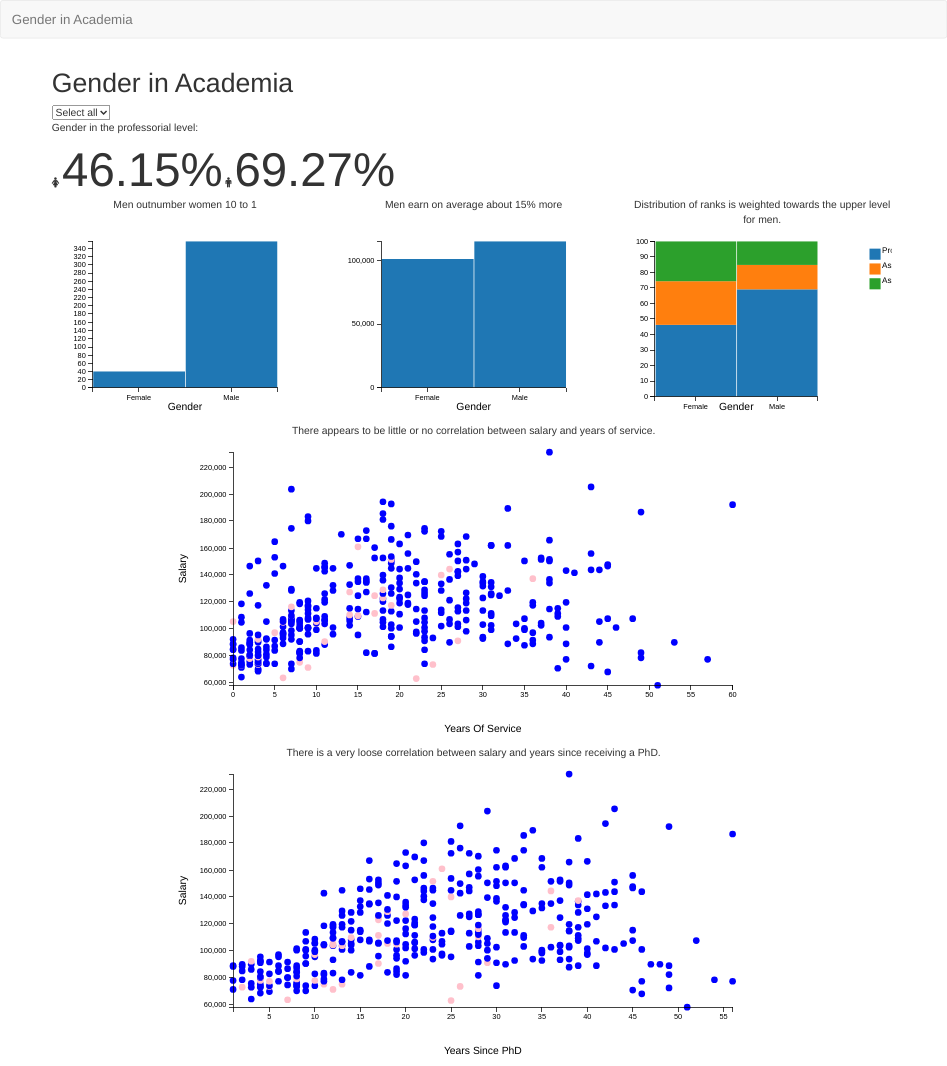
Repository: kescardoso/dashboard
Page: index.html
The author's editor kept a record of every edit. The page is drawn from the files as they stood at one moment, then again after the next edit.
The browser window is 1280 px wide. The pictures show the whole page, at 74% of full size.

Above is the page before.

### index.html
<!DOCTYPE html>
<html lang="en">
<head>
    <meta charset="UTF-8">
    <meta name="viewport" content="width=device-width, initial-scale=1.0">
    <meta http-equiv="X-UA-Compatible" content="ie=edge">
    <title>Gender in Academia</title>

    <link rel="stylesheet" href="static/css/bootstrap.min.css" type="text/css" />
    <link rel="stylesheet" href="https://cdnjs.cloudflare.com/ajax/libs/font-awesome/4.7.0/css/font-awesome.min.css" type="text/css">
    <link rel="stylesheet" href="static/css/dc.min.css" type="text/css" />
    <link rel="stylesheet" href="static/css/style.css" type="text/css" />

    <script type="text/javascript" src="static/js/d3.min.js"></script>
    <script type="text/javascript" src="static/js/crossfilter.min.js"></script>
    <script type="text/javascript" src="static/js/dc.min.js"></script>
    <script type="text/javascript" src="static/js/queue.min.js"></script>
    <script type="text/javascript" src="static/js/graph.js"></script>

</head>
<body>

    <nav class="navbar navbar-default">
      <div class="container-fluid">
        <div class="navbar-header">
          <a class="navbar-brand" href="#">Gender in Academia</a>
        </div>
      </div>
    </nav>

    <main>
      <section class="section">
        <div class="container">

          <div class="row">
            <div class="col-xs-12 col-sm-12">
              <h1 class="section-heading">Gender in Academia</h1>
              <div id="discipline-selector"></div>
            </div>
          </div>

          <div class="row">
            <div class="col-xs-12 col-sm-12">
              <p class="section-paragraph">Gender in the professorial level:</p>
            </div>
            <div class="col-xs-12 col-sm-6 col-lg-6">
              <i class="fa fa-female fa-gender" aria-hidden="true"></i> <span class="number-box" id="percent-of-women-professors"></span>
              <i class="fa fa-male fa-gender" aria-hidden="true"></i> <span class="number-box" id="percent-of-men-professors"></span>
            </div>
          </div>

        </div>
      </section>

      <section class="section">
        <div class="container">

          <div class="row">
            <div class="col-xs-12 col-sm-4 text-center">
              <p class="section-paragraph">Men outnumber women 10 to 1</p>
            </div>
            <div class="col-xs-12 col-sm-4 text-center">
              <p class="section-paragraph">Men earn on average about 15% more</p>
            </div>
            <div class="col-xs-12 col-sm-4 text-center">
              <p class="section-paragraph">Distribution of ranks is weighted towards the upper level for men.</p>
            </div>
          </div>

          <div class="row">
            <div class="col-xs-12 col-sm-4 text-center" id="gender-balance" class="custom-chart"></div>
            <div class="col-xs-12 col-sm-4 text-center" id="average-salary" class="custom-chart"></div>
            <div class="col-xs-12 col-sm-4 text-center" id="rank-distribution" class="custom-chart"></div>
          </div>

        </div>
      </section>

      <section class="section">
        <div class="container">

          <div class="row">
            <div class="col-xs-12 col-sm-12 text-center">
              <p class="section-paragraph">There appears to be little or no correlation between salary and years of service.</p>
            </div>
            <div class="col-xs-12 col-sm-12 text-center" id="service-salary"></div>
          </div>

        </div>
      </section>

      <section class="section">
        <div class="container">

          <div class="row">
            <div class="col-xs-12 col-sm-12 text-center">
              <p class="section-paragraph">There is a very loose correlation between salary and years since receiving a PhD.</p>
            </div>
            <div class="col-xs-12 col-sm-12 text-center" id="phd-salary"></div>
          </div>

        </div>
      </section>
    </main>

</body>
</html>

### static/css/style.css
.number-box {
    font-size: 64px;
    text-align: center;
    line-height: normal;
}

.section {

}

.section-paragraph {

}

### static/js/graph.js
queue()
    .defer(d3.csv, "data/Salaries.csv")
    .await(makeGraphs);

function makeGraphs(error, salaryData) {
    var ndx = crossfilter(salaryData);

    salaryData.forEach(function(d){
        d.salary = parseInt(d.salary);
        d.yrs_since_phd = parseInt(d["yrs.since.phd"]);
        d.yrs_service = parseInt(d["yrs.service"]);
    })

    show_discipline_selector(ndx);

    show_percent_that_are_professors(ndx, "Female", "#percent-of-women-professors");
    show_percent_that_are_professors(ndx, "Male", "#percent-of-men-professors");

    show_gender_balance(ndx);
    show_average_salary(ndx);
    show_rank_distribution(ndx);

    show_service_to_salary_correlation(ndx);
    show_phd_to_salary_correlation(ndx);

    dc.renderAll();
}

function show_discipline_selector(ndx) {
    var dim = ndx.dimension(dc.pluck('discipline'));
    var group = dim.group();

    dc.selectMenu("#discipline-selector")
        .dimension(dim)
        .group(group);
}

function show_percent_that_are_professors(ndx, gender, element) {
    var percentageThatAreProf = ndx.groupAll().reduce(
        function(p, v) {
            if (v.sex === gender) {
                p.count++;
                if(v.rank === "Prof") {
                    p.are_prof++;
                }
            }
            return p;
        },
        function(p, v) {
            if (v.sex === gender) {
                p.count--;
                if(v.rank === "Prof") {
                    p.are_prof--;
                }
            }
            return p;
        },
        function() {
            return {count: 0, are_prof: 0};
        },
    );

    dc.numberDisplay(element)
        .formatNumber(d3.format(".2%"))
        .valueAccessor(function (d) {
            if (d.count == 0) {
                return 0;
            } else {
                return (d.are_prof / d.count);
            }
        })
        .group(percentageThatAreProf)
}

function show_gender_balance(ndx) {
    var dim = ndx.dimension(dc.pluck('sex'));
    var group = dim.group();

    dc.barChart("#gender-balance")
        .width(350)
        .height(250)
        .margins({top: 10, right: 50, bottom: 30, left: 50})
        .dimension(dim)
        .group(group)
        .transitionDuration(500)
        .x(d3.scale.ordinal())
        .xUnits(dc.units.ordinal)
        .xAxisLabel("Gender")
        .yAxis().ticks(20);
}

function show_average_salary(ndx) {
    var dim = ndx.dimension(dc.pluck('sex'));

    function add_item(p, v) {
        p.count++;
        p.total += v.salary;
        p.average = p.total / p.count;
        return p;
    }

    function remove_item(p, v) {
        p.count--;
        if(p.count == 0) {
            p.total = 0;
            p.average = 0;
        } else {
            p.total -= v.salary;
            p.average = p.total / p.count;
        }
        return p;
    }

    function initialise() {
        return {count: 0, total: 0, average: 0};
    }

    var averageSalaryByGender = dim.group().reduce(add_item, remove_item, initialise);

    dc.barChart("#average-salary")
        .width(350)
        .height(250)
        .margins({top: 10, right: 50, bottom: 30, left: 50})
        .dimension(dim)
        .group(averageSalaryByGender)
        .valueAccessor(function(d){
            return d.value.average.toFixed(2);
        })
        .transitionDuration(500)
        .x(d3.scale.ordinal())
        .xUnits(dc.units.ordinal)
        .elasticY(true)
        .xAxisLabel("Gender")
        .yAxis().ticks(4);
}

function show_rank_distribution(ndx) {

    function rankByGender (dimension, rank) {
        return dimension.group().reduce(
            function (p, v) {
                p.total++;
                if(v.rank == rank) {
                    p.match++;
                }
                return p;
            },
            function (p, v) {
                p.total--;
                if(v.rank == rank) {
                    p.match--;
                }
                return p;
            },
            function () {
                return {total: 0, match: 0};
            }
        );
    }

    var dim = ndx.dimension(dc.pluck("sex"));
    var profByGender = rankByGender(dim, "Prof");
    var asstProfByGender = rankByGender(dim, "AsstProf");
    var assocProfByGender = rankByGender(dim, "AssocProf");

    dc.barChart("#rank-distribution")
        .width(350)
        .height(250)
        .dimension(dim)
        .group(profByGender, "Prof")
        .stack(asstProfByGender, "Asst Prof")
        .stack(assocProfByGender, "Assoc Prof")
        .valueAccessor(function(d) {
            if(d.value.total > 0) {
                return (d.value.match / d.value.total) * 100;
            } else {
                return 0;
            }
        })
        .x(d3.scale.ordinal())
        .xUnits(dc.units.ordinal)
        .xAxisLabel("Gender")
        .legend(dc.legend().x(320).y(20).itemHeight(15).gap(5))
        .margins({top: 10, right: 100, bottom: 30, left: 30});
}

function show_service_to_salary_correlation(ndx) {

    var genderColors = d3.scale.ordinal()
        .domain(["Female", "Male"])
        .range(["pink", "blue"]);

    var eDim = ndx.dimension(dc.pluck("yrs_service"));
    var experienceDim = ndx.dimension(function(d) {
        return [d.yrs_service, d.salary, d.rank, d.sex];
    });

    var experienceSalaryGroup = experienceDim.group();
    var minExperience = eDim.bottom(1)[0].yrs_service;
    var maxExperience = eDim.top(1)[0].yrs_service;

    dc.scatterPlot("#service-salary")
        .width(800)
        .height(400)
        .x(d3.scale.linear().domain([minExperience, maxExperience]))
        .brushOn(false)
        .symbolSize(8)
        .clipPadding(10)
        .yAxisLabel("Salary")
        .xAxisLabel("Years Of Service")
        .title(function(d) {
            return d.key[2] + " earned " + d.key[1];
        })
        .colorAccessor(function (d) {
            return d.key[3];
        })
        .colors(genderColors)
        .dimension(experienceDim)
        .group(experienceSalaryGroup)
        .margins({top: 10, right: 50, bottom: 75, left: 75});
}

function show_phd_to_salary_correlation(ndx) {

    var genderColors = d3.scale.ordinal()
        .domain(["Female", "Male"])
        .range(["pink", "blue"]);

    var pDim = ndx.dimension(dc.pluck("yrs_since_phd"));
    var phdDim = ndx.dimension(function(d) {
        return [d.yrs_since_phd, d.salary, d.rank, d.sex];
    });

    var phdSalaryGroup = phdDim.group();
    var minPhd = pDim.bottom(1)[0].yrs_since_phd;
    var maxPhd = pDim.top(1)[0].yrs_since_phd;

    dc.scatterPlot("#phd-salary")
        .width(800)
        .height(400)
        .x(d3.scale.linear().domain([minPhd, maxPhd]))
        .brushOn(false)
        .symbolSize(8)
        .clipPadding(10)
        .yAxisLabel("Salary")
        .xAxisLabel("Years Since PhD")
        .title(function(d) {
            return d.key[2] + " earned " + d.key[1];
        })
        .colorAccessor(function (d) {
            return d.key[3];
        })
        .colors(genderColors)
        .dimension(phdDim)
        .group(phdSalaryGroup)
        .margins({top: 10, right: 50, bottom: 75, left: 75});
}

Loaded but not shown: static/css/bootstrap.min.css (library); static/css/dc.min.css (library); static/js/d3.min.js (library); static/js/crossfilter.min.js (library); static/js/dc.min.js (library); static/js/queue.min.js (common file)

After the next edit:
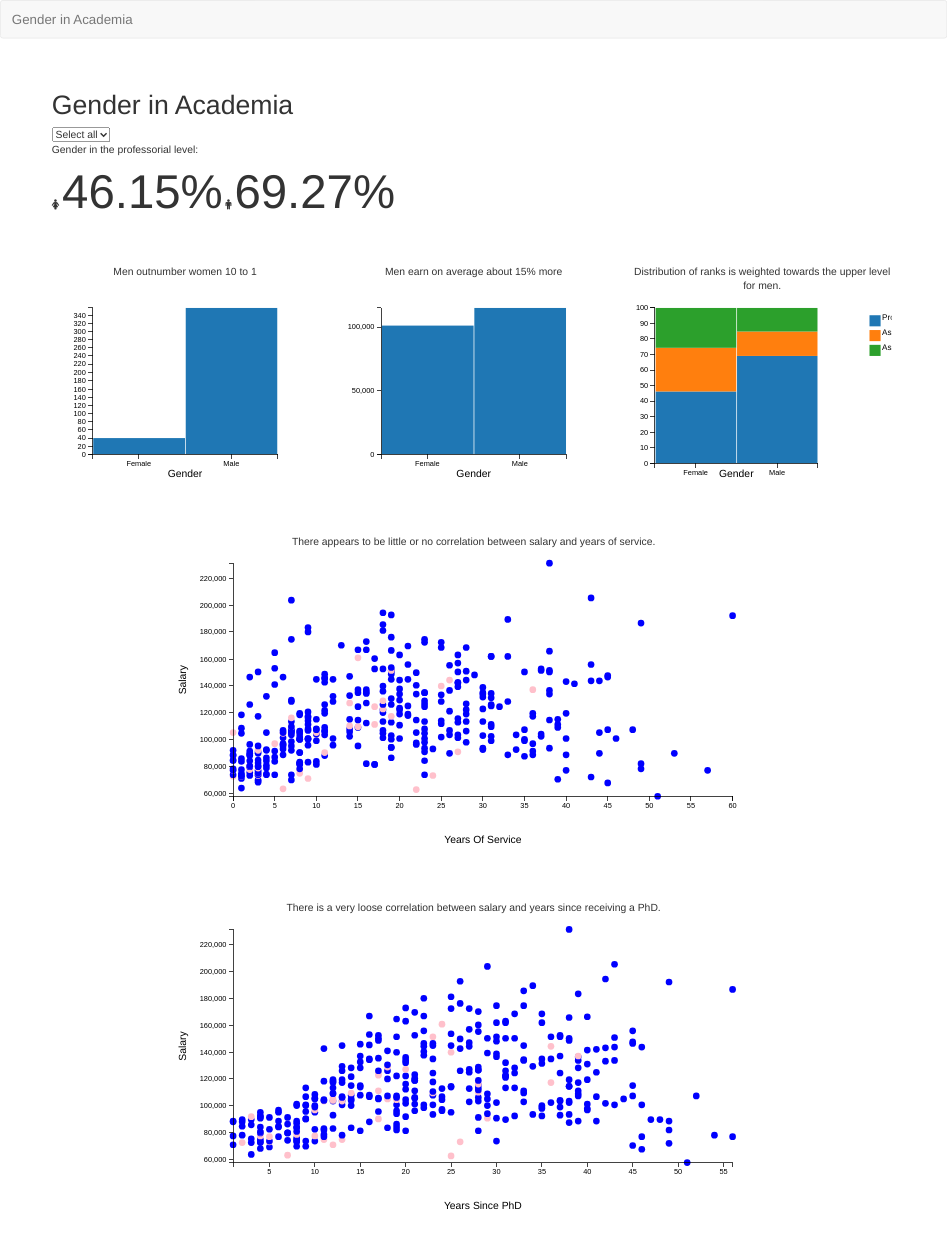
The edit:
--- a/static/css/style.css
+++ b/static/css/style.css
@@ -5,7 +5,8 @@
 }
 
 .section {
-
+    border-botoom: 1px solid #e6e6e6;
+    padding: 30px 0;
 }
 
 .section-paragraph {
